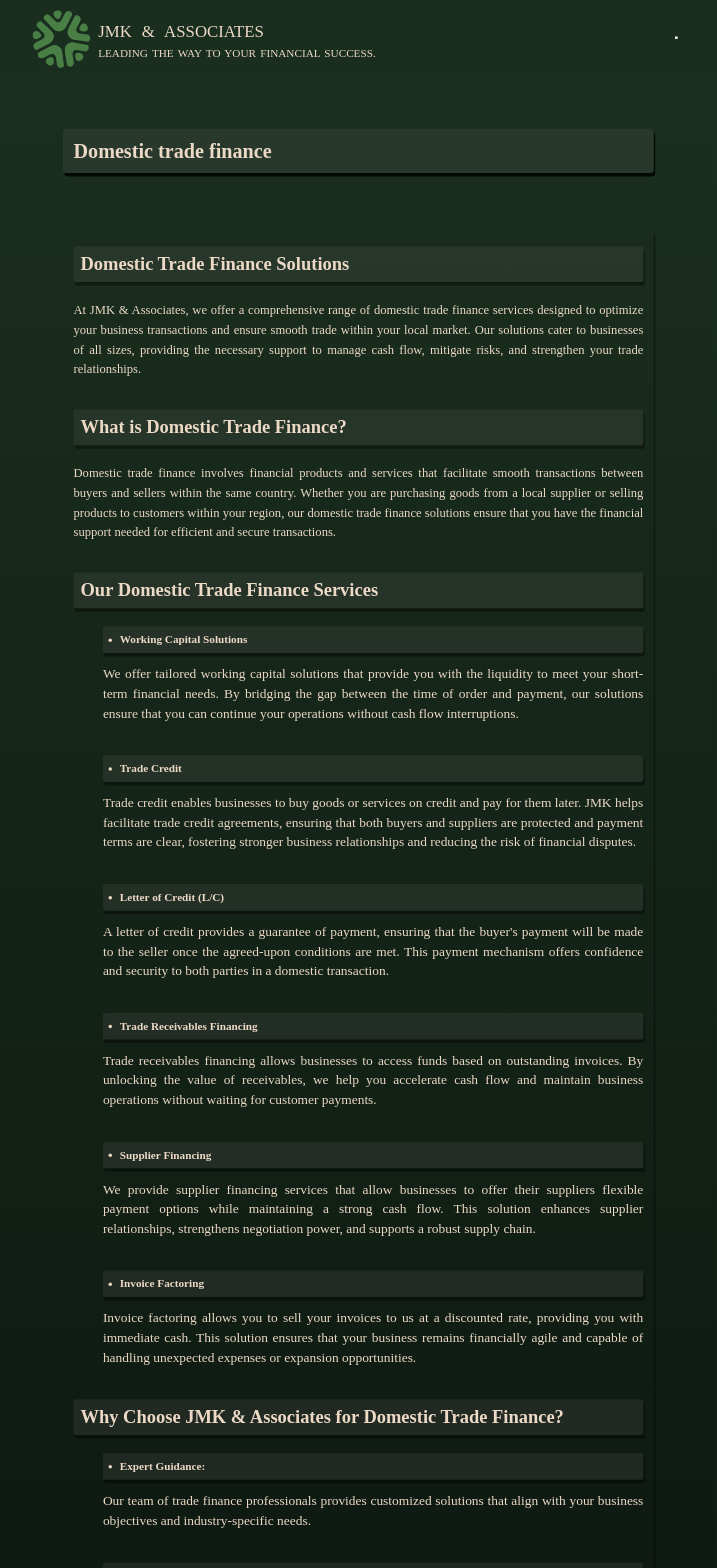
Repository: gama113/jmk
Page: movie/jmk.online/domestic_trade_finance.html
The author's editor kept a copy of each file at every save. The page is drawn from the files as they stood at one save, then again after the next save.
The browser window is 1024 px wide. The pictures show the part of the page from y = 0 to 2240 px (the page is 3702 px tall), at 70% of full size.

Above is the page before, as saved 2025-03-22 15:41:05.

After the next save:
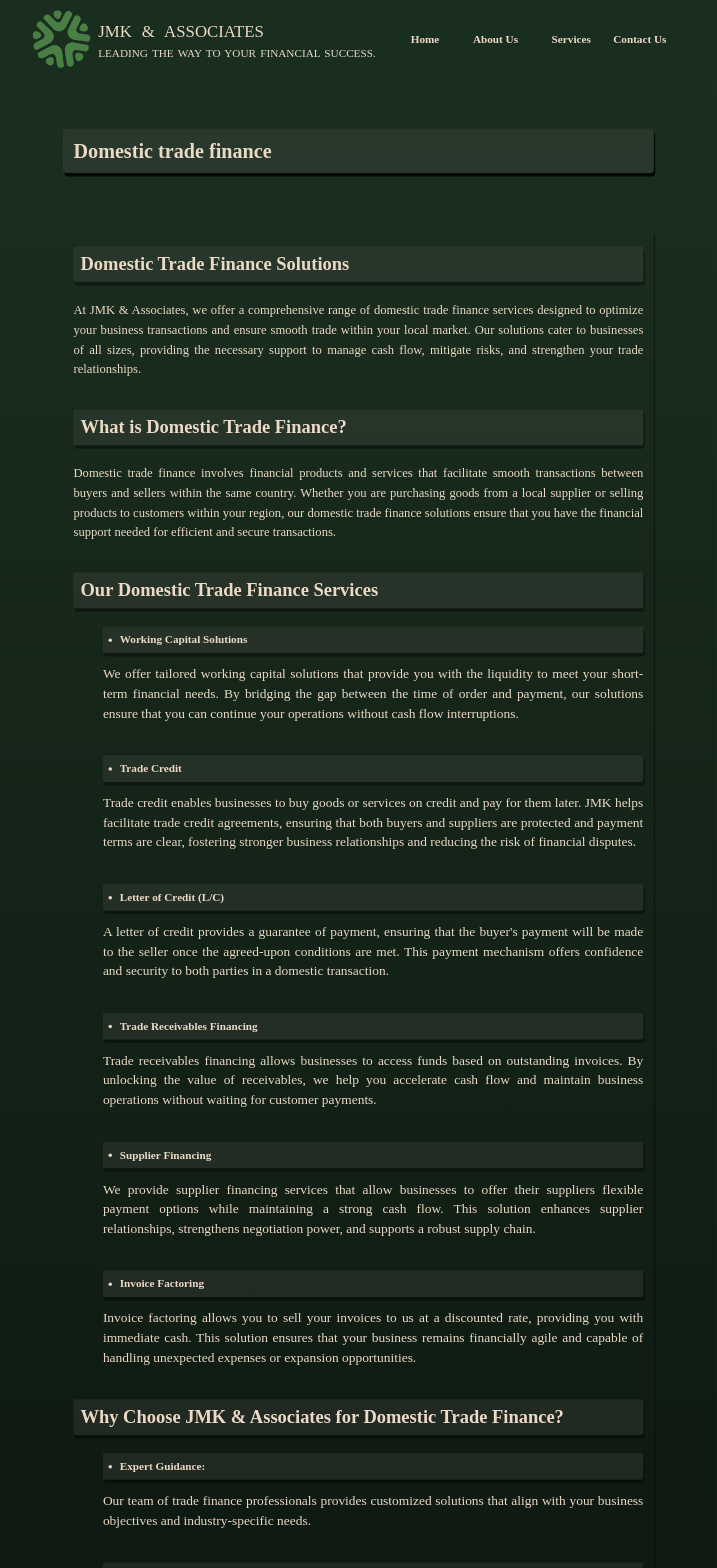
Saved 2 min 52 s later.
--- a/movie/jmk.online/service_queries.css
+++ b/movie/jmk.online/service_queries.css
@@ -127,6 +127,7 @@
 
 
   /* SIDE PANNEL */
+  /*
   .flex_box {
     margin-right: 0;
     display: none;
@@ -222,6 +223,65 @@
     margin-bottom: 20px;
     margin-top: 20px;
     min-width: none;
+  } */
+  /* Styles for the sidebar */
+  .openbtn {
+    font-size: 20px;
+    cursor: pointer;
+    display: none;
+  }
+
+
+
+  .sidebar_sidepanel {
+    height: 100vh;
+    /* Changed to 100vh */
+    width: 0;
+    position: fixed;
+    z-index: 1;
+    top: 0;
+    right: 0;
+    background-color: #192e1f;
+    overflow-x: hidden;
+    transition: 0.5s;
+    padding-top: 60px;
+    -webkit-box-shadow: inset 5px 0px 0px 0px rgb(255, 255, 255);
+    -moz-box-shadow: inset 5px 0px 0px 0px rgb(255, 255, 255);
+    box-shadow: inset 5px 0px 0px 0px rgb(255, 255, 255);
+  }
+
+  .sidebar_sidepanel a {
+    padding: 8px 8px 8px 32px;
+    text-decoration: none;
+    font-size: 18px;
+    /* color: #818181; */
+    display: block;
+    transition: 0.3s;
+  }
+
+  .sidebar_sidepanel a:hover {
+    color: #f1f1f1;
+  }
+
+  .sidebar_sidepanel .closebtn {
+    position: absolute;
+    /* top: 13px;
+  right: 50px; */
+    font-size: 36px;
+    margin-left: 50px;
+    box-shadow: none;
+    background-color: rgba(255, 255, 255, 0);
+    top: 32px;
+    right: 23px;
+    border: none;
+  }
+
+  .bar {
+    width: 20px;
+    height: 3px;
+    /* Changed height */
+    background-color: rgb(255, 255, 255);
+    margin-bottom: 4px;
   }
 
   .contact_us_ancor {
